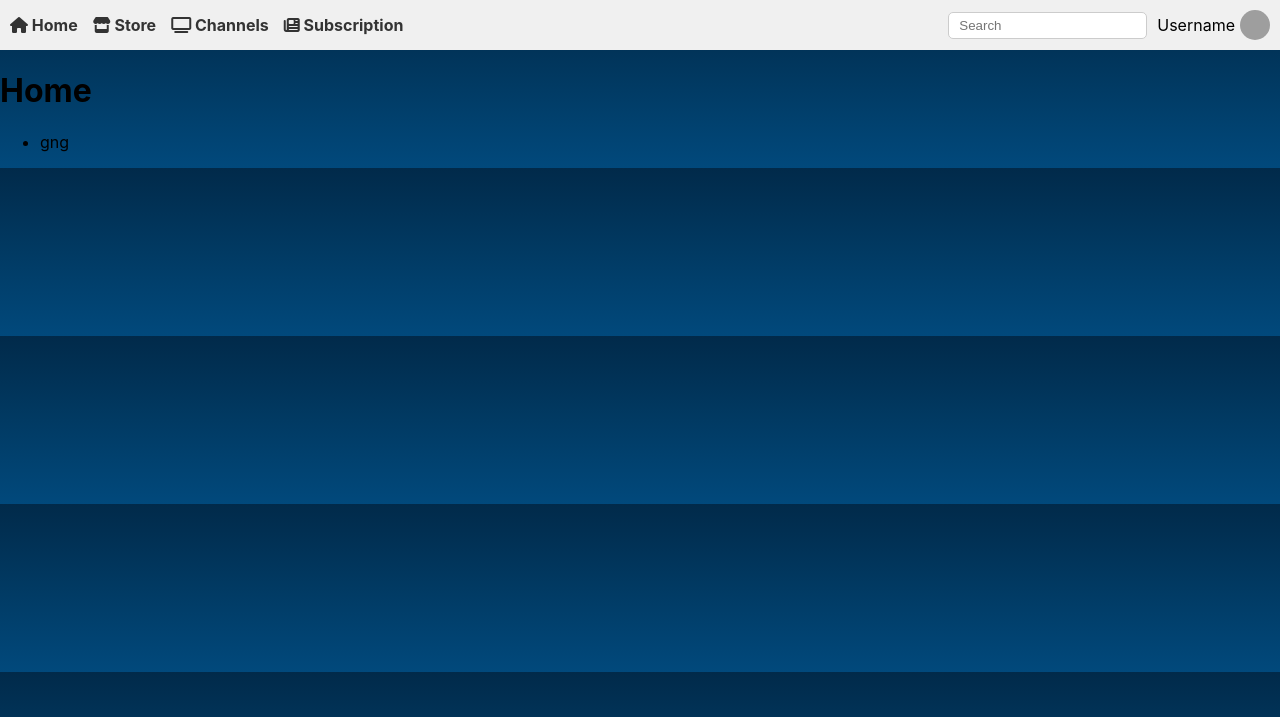
Repository: gordonnrat/group-2-project
Page: / (app in source-code/)
The author's editor kept a copy of each file at every save. The page is drawn from the files as they stood at one save, then again after a run of saves.
The browser window is 1280 px wide. The pictures show the whole page.
Pictures or frames that could not be fetched are drawn as grey boxes. The project was rebuilt for these pictures with package versions that can differ from the ones it lists, and the page was loaded fresh each time. Also part of the build but not shown: source-code/src/App.css, source-code/src/App.js, source-code/src/components/pages/Login.js.

Above is the page before, as saved 2023-07-20 14:12:25.

After the next 2 saves:
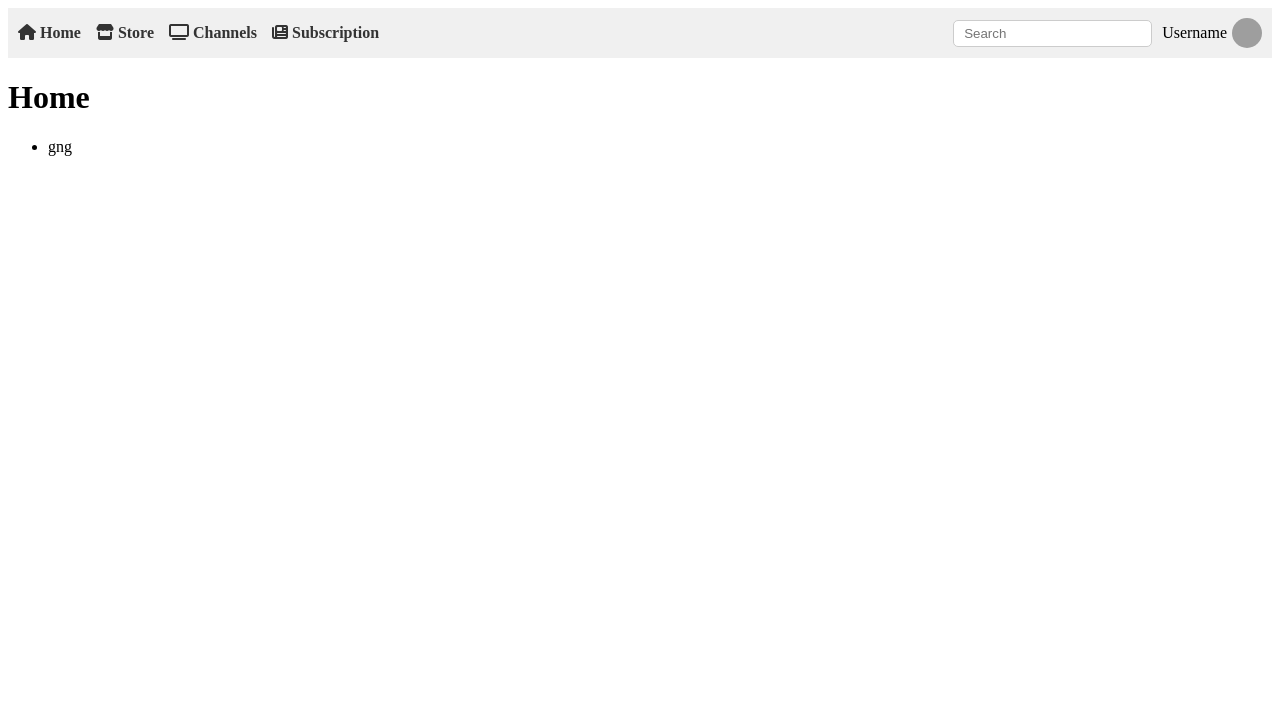
The 2 saves are shown as one change because they came seconds apart.
The last was saved 3 min 20 s later.
--- a/source-code/src/index.css
+++ b/source-code/src/index.css
@@ -1,16 +1,5 @@
-body {
-  margin: 0;
-  font-family: -apple-system, BlinkMacSystemFont, 'Segoe UI', 'Roboto', 'Oxygen',
-    'Ubuntu', 'Cantarell', 'Fira Sans', 'Droid Sans', 'Helvetica Neue',
-    sans-serif;
-  -webkit-font-smoothing: antialiased;
-  -moz-osx-font-smoothing: grayscale;
-
-  /* Gradient background */
-  background-image: linear-gradient(to bottom, #012A4A, #013A63, #01497C);
-}
-
-code {
-  font-family: source-code-pro, Menlo, Monaco, Consolas, 'Courier New',
-    monospace;
-}
+/* Replace these colors with your desired Ombré colors */
+background-image: linear-gradient(to right, #012A4A, #013A63, #01497C);
+background-clip: text;
+-webkit-background-clip: text;
+color: transparent;
